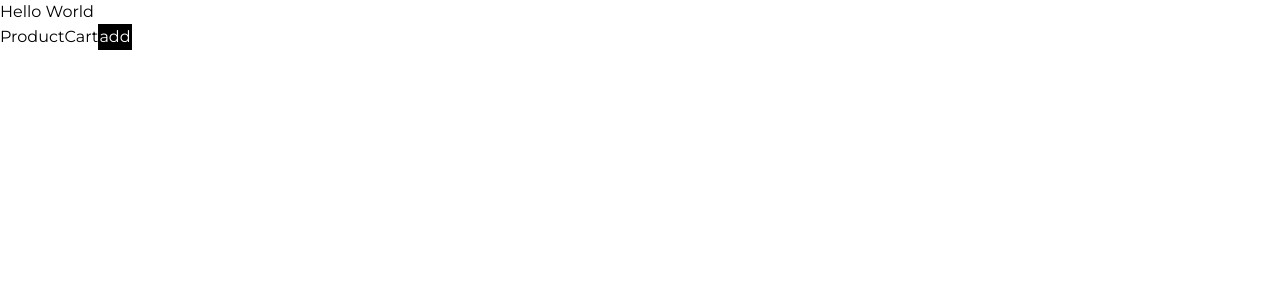
Repository: Yakyaz/myWebsite
Page: /
The author's editor kept a copy of each file at every save. The page is drawn from the files as they stood at one save, then again after the next save.
The browser window is 1280 px wide. The pictures show the whole page.
The project was rebuilt for these pictures with package versions that can differ from the ones it lists, and the page was loaded fresh each time. The framework's server and built-in components were replaced by stand-ins that run in the browser. Also part of the build but not shown: next.config.js.

Above is the page before, as saved 2023-12-01 21:44:39.

After the next save:
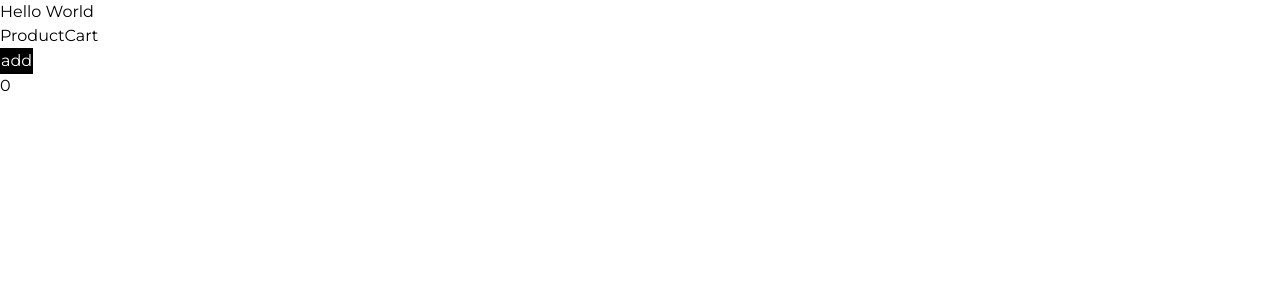
Saved 43 s later.
--- a/app/components/ProductCart.tsx
+++ b/app/components/ProductCart.tsx
@@ -9,13 +9,14 @@ const ProductCart = () => {
 
   return (
     <div className="text-black">
-      ProductCart
+      <p> ProductCart</p>
       <button
         onClick={addProduct}
         className="text-white bg-black border border-black"
       >
         add
       </button>
+      <p>{value}</p>
     </div>
   );
 };
